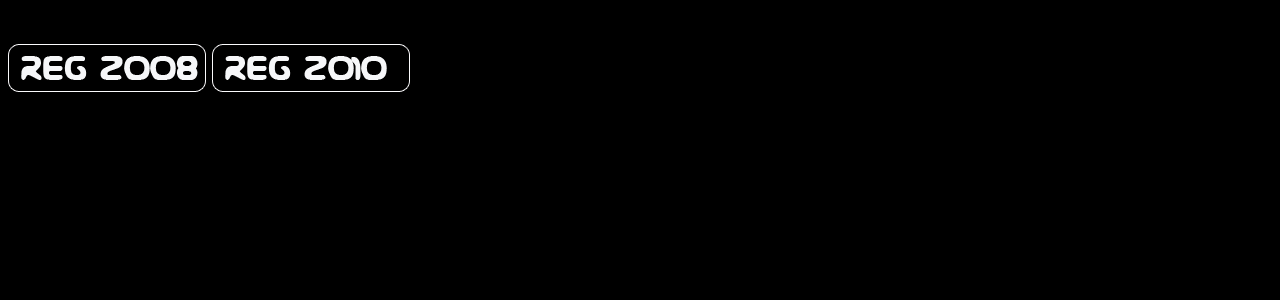
Repository: vigineshs/Mobile-Applications
Page: AnnaUniv GPA Calc/AnnaUniv GPA Calculator Updated/assets/www/it.html
The author's editor kept a copy of each file at every save. The page is drawn from the files as they stood at one save, then again after the next save.
The browser window is 1280 px wide. The pictures show the whole page.

Above is the page before, as saved 2012-05-06 04:11:11.

After the next save:
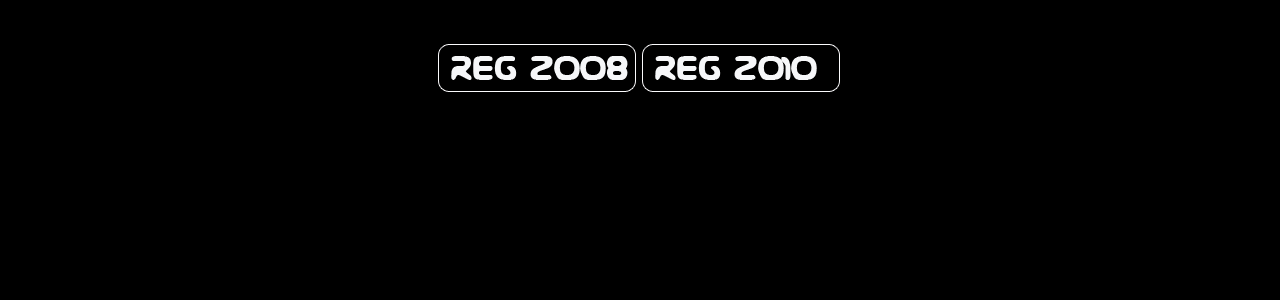
Saved 16 s later.
--- a/AnnaUniv GPA Calc/AnnaUniv GPA Calculator Updated/assets/www/it.html
+++ b/AnnaUniv GPA Calc/AnnaUniv GPA Calculator Updated/assets/www/it.html
@@ -7,6 +7,7 @@
 </head>
 <body style="background-color:black; color:white" >
 <br /> <br />
+<center>
 <a href="reg08.html" onmouseover="document.cont.src='reg08.png'" onclick="document.cont.src='reg08.png'" onMouseOut="document.cont.src='reg081.png'" ><img src="reg081.png" name="cont" border="0" /></a>
 <a href="reg08.html" onmouseover="document.conta.src='reg10.png'" onclick="document.conta.src='reg10.png'" onMouseOut="document.conta.src='reg101.png'" ><img src="reg101.png" name="conta" border="0" /></a>
 </body>
